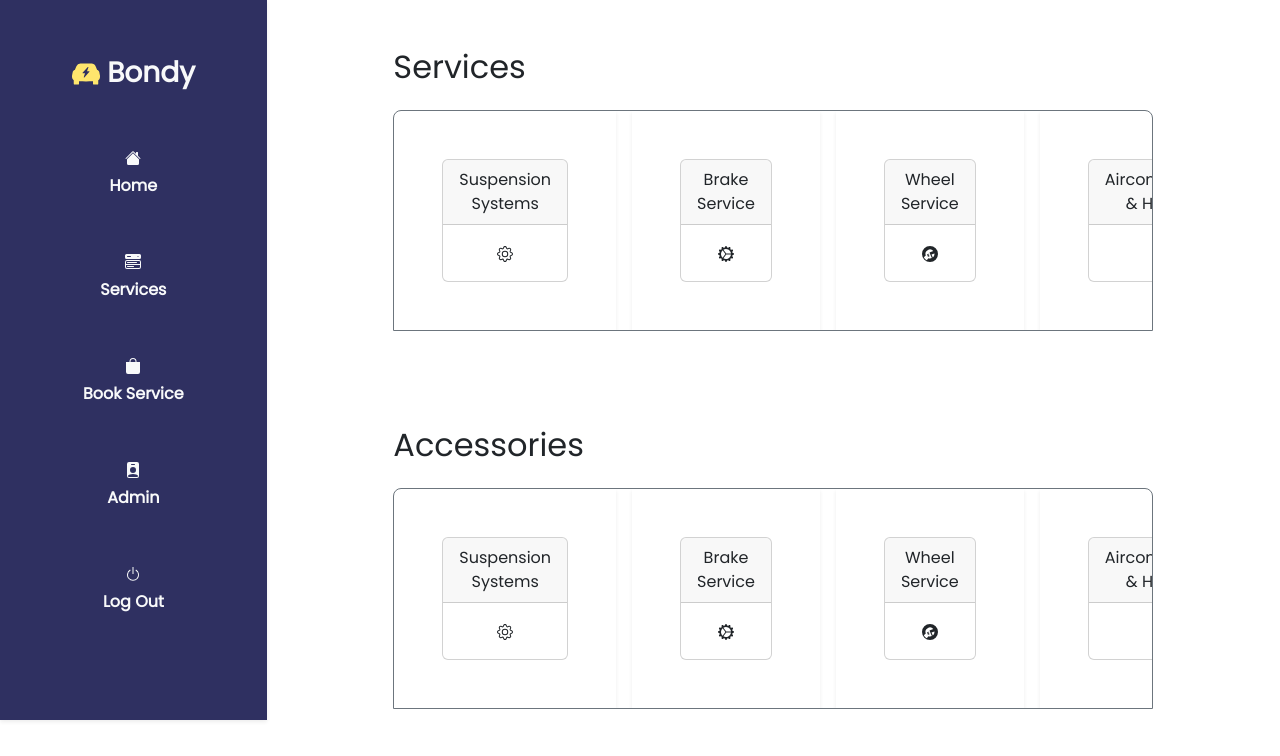
Repository: duzzisantos/bondy
Page: /
These files come from the project's save history. The page is drawn as it stood at one moment and after the next save; the edit follows.
The browser window is 1280 px wide. The pictures show the whole page.
Some web libraries are served in a nearby version. The project was rebuilt for these pictures with package versions that can differ from the ones it lists, and the page was loaded fresh each time.

Above is the page before, as saved 2023-06-18 00:52:19.

After the next save:
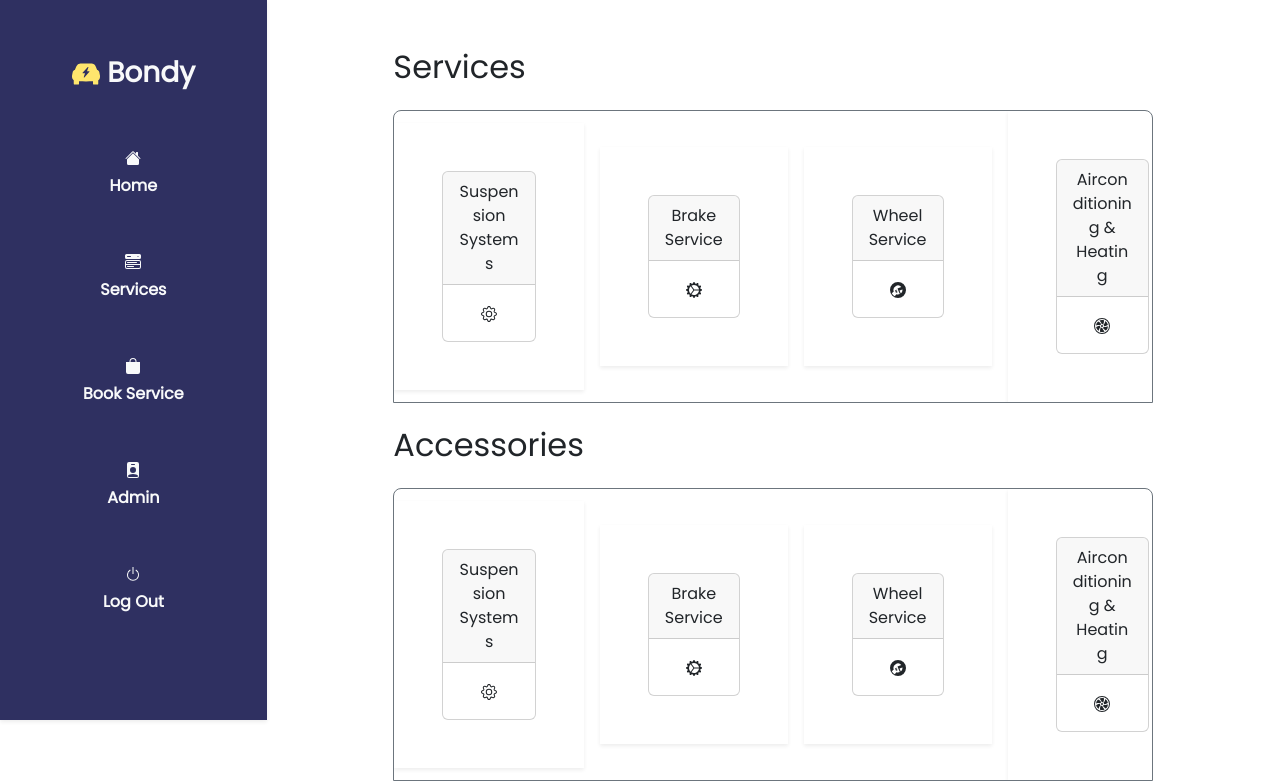
Saved 8 s later.
--- a/src/components/Home/LandingPageScrollContainer.tsx
+++ b/src/components/Home/LandingPageScrollContainer.tsx
@@ -21,7 +21,7 @@ const LandingPageScrollContainer: FunctionComponent<ScrollContainerProps> = ({
           <Link
             to={`/services/${element.category}`}
             key={index}
-            className="text-decoration-none w-75 p-5 shadow-sm"
+            className="text-decoration-none w-25 p-5 shadow-sm"
             onClick={handleClick}
           >
             <Card>
